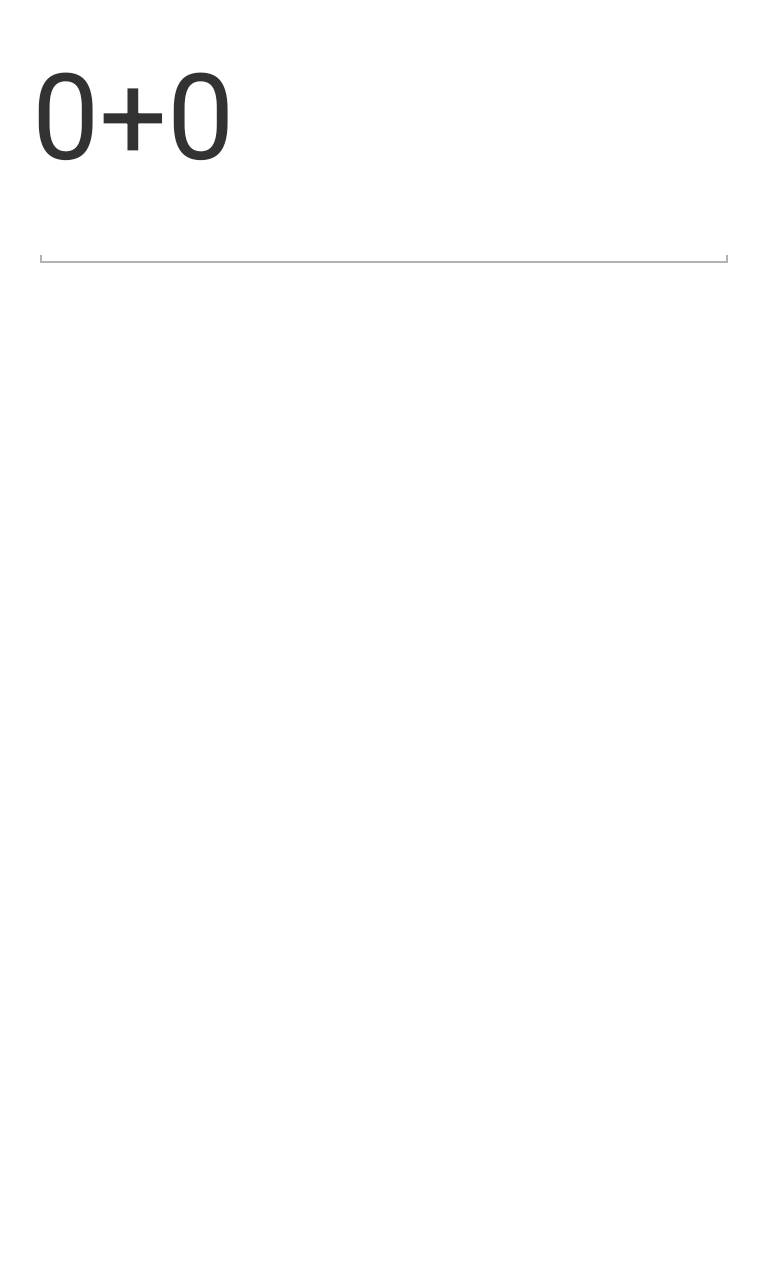
Repository: l2y/MathQuizApp
Layout: MathQuiz/res/layout/activity_quiz.xml
An editor plug-in stored every save of this project. The layout is shown before and after the next save, followed by the edit.
It is drawn on a 768 x 1280 px phone screen (xhdpi) without system bars, with theme AppTheme; the app's code is not run.

Above is the layout before, as saved 2014-04-08 01:25:23.

After the next save:
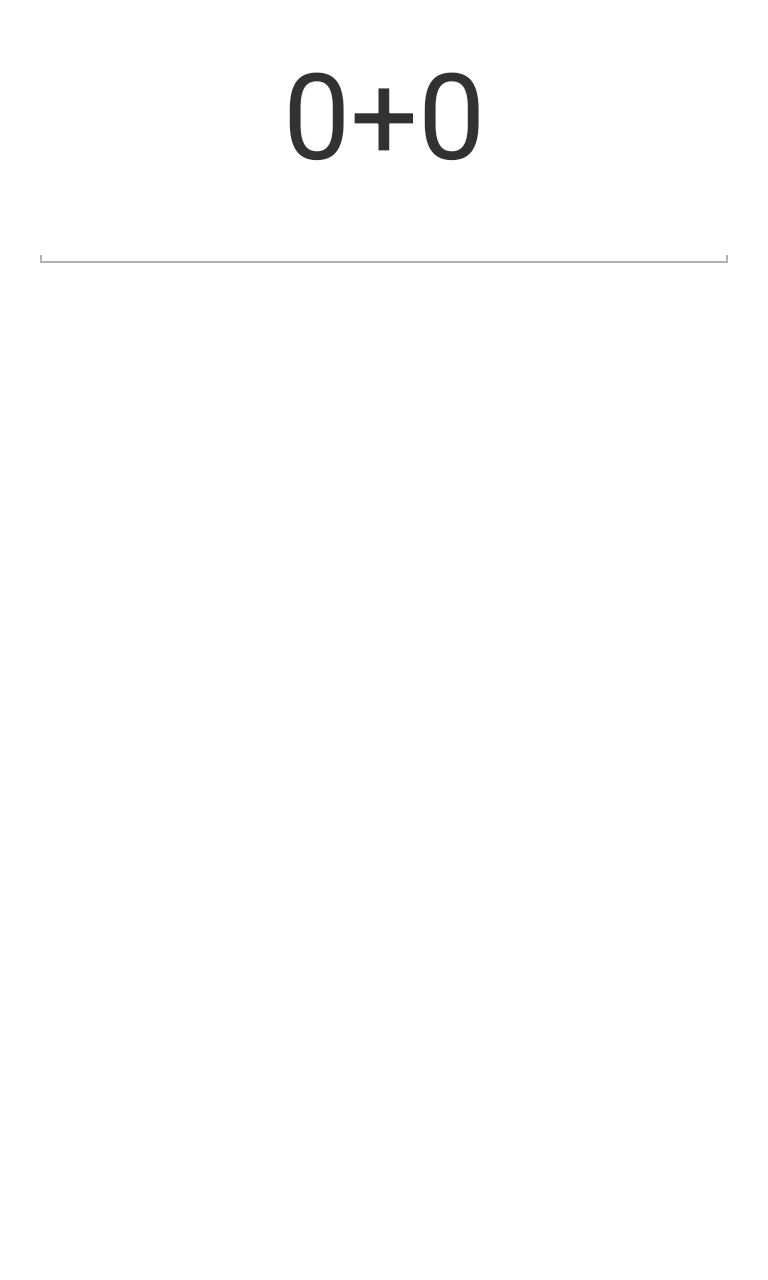
Saved 17 s later.
--- a/MathQuiz/res/layout/activity_quiz.xml
+++ b/MathQuiz/res/layout/activity_quiz.xml
@@ -12,7 +12,8 @@
         android:layout_width="fill_parent"
         android:layout_height="wrap_content"
         android:layout_alignParentTop="true"
-        android:id="@+id/question">
+        android:id="@+id/question"
+        android:gravity="center_horizontal">
 	    <TextView
 	        android:layout_width="wrap_content"
 	        android:layout_height="wrap_content"
